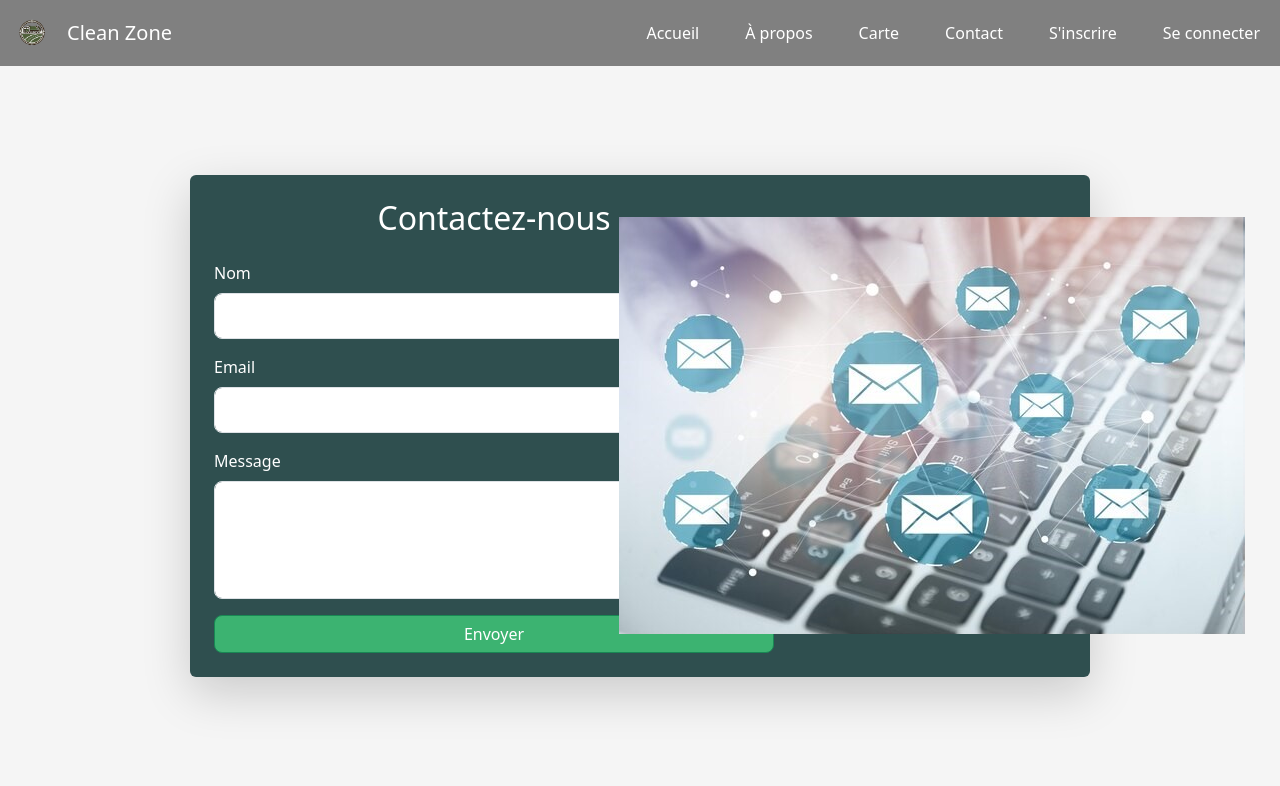
Repository: SystemInfoGeo/QGISproject
Page: /contact (app in NEXT/)
These files come from the project's save history. The page is drawn as it stood at one moment and after the next save; the edit follows.
The browser window is 1280 px wide. The pictures show the whole page.
The project was rebuilt for these pictures with package versions that can differ from the ones it lists, and the page was loaded fresh each time. The framework's server and built-in components were replaced by stand-ins that run in the browser. Also part of the build but not shown: NEXT/next.config.mjs.

Above is the page before, as saved 2024-09-16 18:52:52.

After the next save:
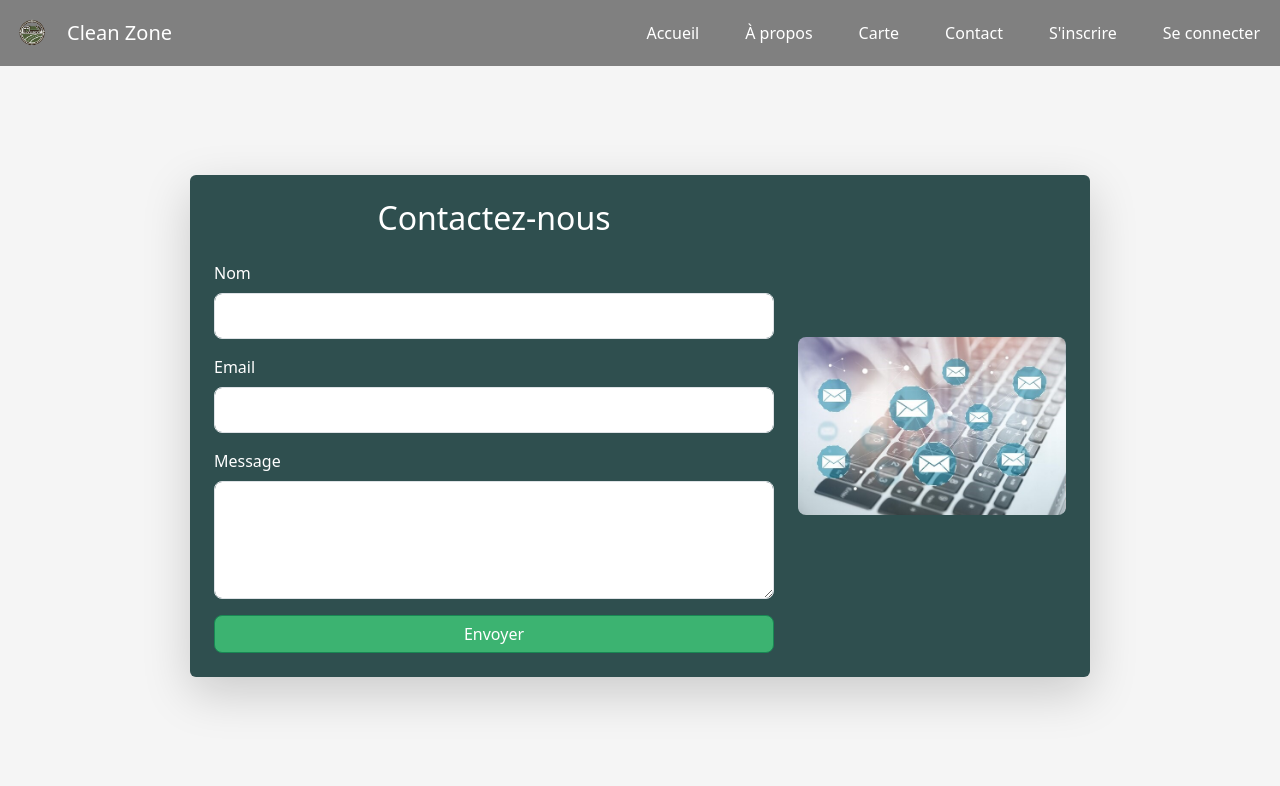
Saved 4 min 36 s later.
--- a/NEXT/styles/Contact.css
+++ b/NEXT/styles/Contact.css
@@ -22,6 +22,13 @@
     background-color: #3cb371;
     border-radius: 8px;
   }
+  .contact-form img {
+    max-width: 100%;
+    max-height: 300px; /* Ajustez cette valeur selon vos préférences */
+    object-fit: cover;
+    border-radius: 8px;
+  }
+
 
   /* Style pour les petites écrans (mobile) */
   @media (max-width: 768px) {
